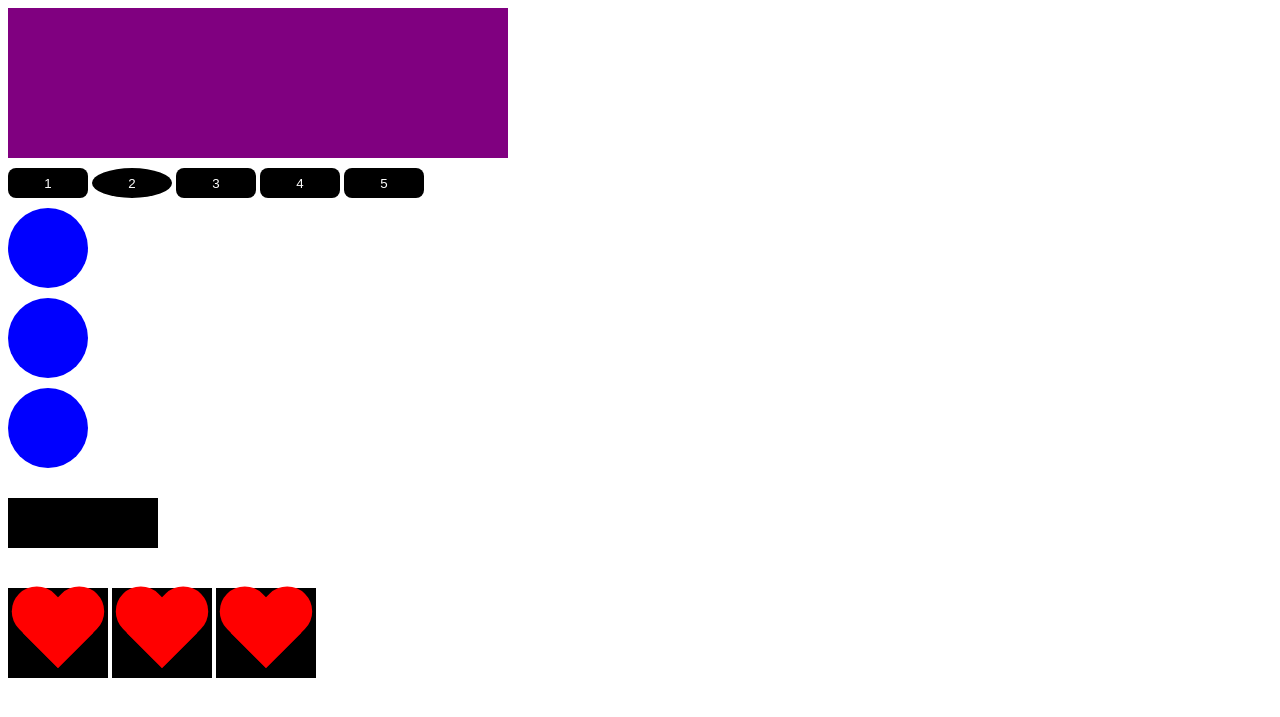
Repository: armus503/First_homework
Page: index2.html
These files come from the project's save history. The page is drawn as it stood at one moment and after the next save; the edit follows.
The browser window is 1280 px wide. The pictures show the whole page.

Above is the page before, as saved 2021-08-26 20:20:56.

After the next save:
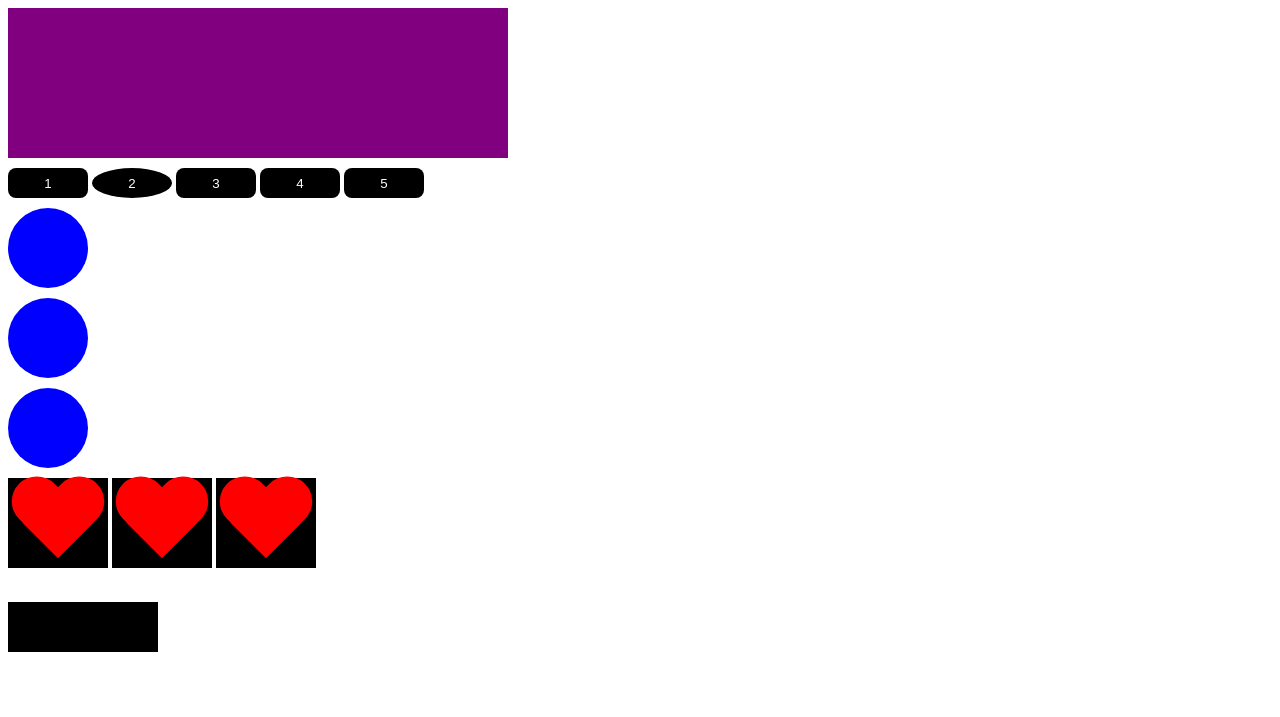
Saved 50 s later.
--- a/script2.js
+++ b/script2.js
@@ -52,9 +52,9 @@
 //document.querySelector('.wrapper').append(div); //если класс wrapper используетя только
 //один раз на странице, то можно так(вставить в конец блока с классом wrapper элемент div)
 
-wrapper.append(div); //если класс wrapper используется на странице несколько раз
+//wrapper.append(div); //если класс wrapper используется на странице несколько раз
 //создаем переменную wrapper и уже добавляем элемент div в конец блока с классом wrapper так
 
 //2)свойство prepend(в начало блока)
 
-wrapper.prepend(div); //добавить элемент div в начало блока с классом wrapper
+//wrapper.prepend(div); //добавить элемент div в начало блока с классом wrapper

After the save that followed:
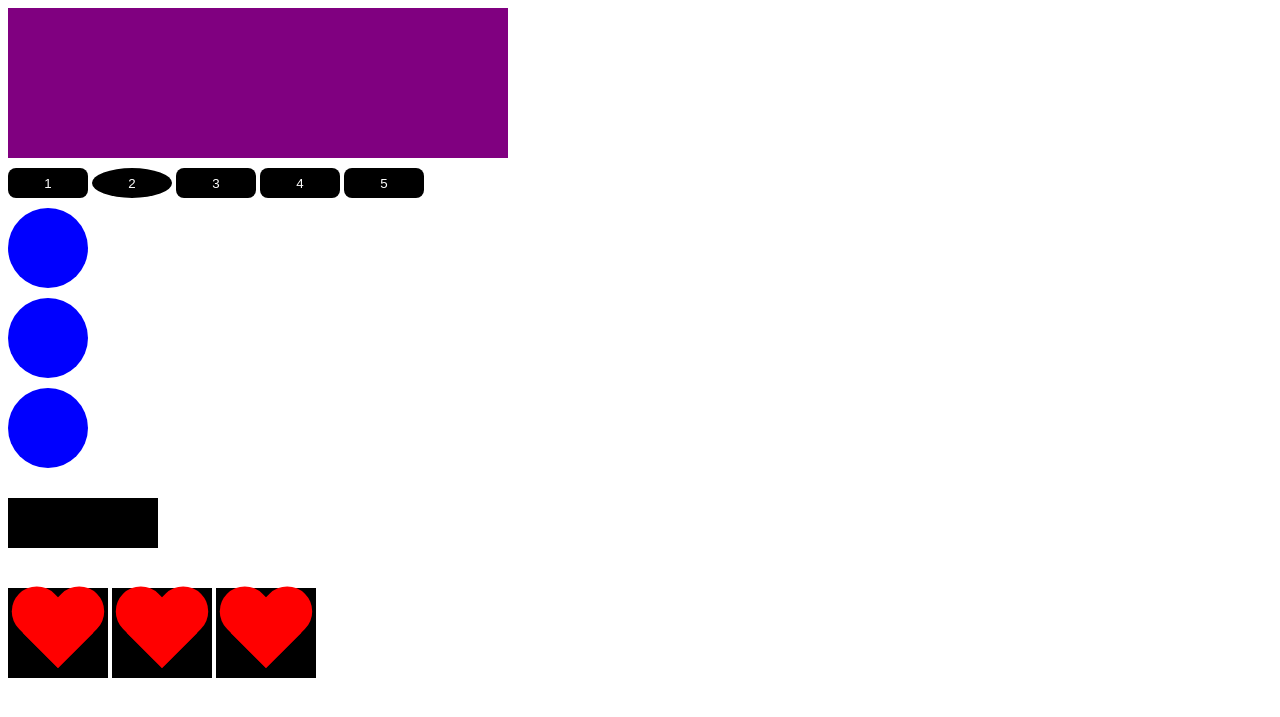
Saved 6 min 23 s later.
--- a/script2.js
+++ b/script2.js
@@ -56,5 +56,7 @@
 //создаем переменную wrapper и уже добавляем элемент div в конец блока с классом wrapper так
 
 //2)свойство prepend(в начало блока)
+//wrapper.prepend(div); //добавить элемент div в начало блока с классом wrapper
 
-//wrapper.prepend(div); //добавить элемент div в начало блока с классом wrapper
+//3)метод before(перед)
+hearts[0].before(div); //добавить элем div перед первым элем hearts
